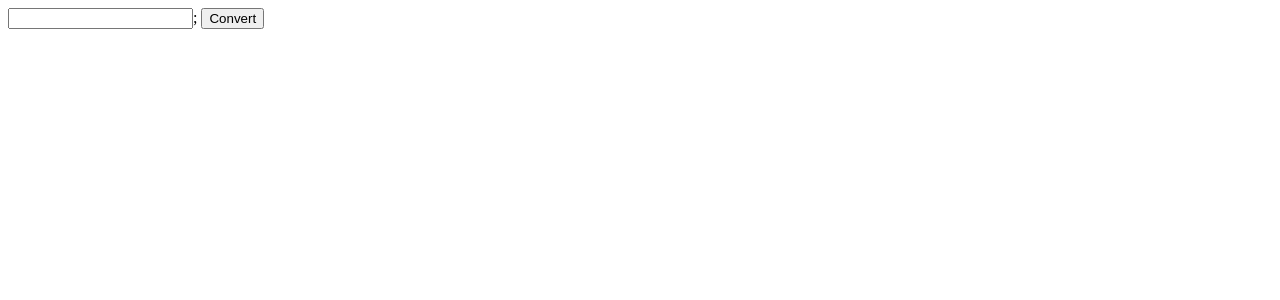
Repository: NGUYEN112/Module2
Page: http://localhost/
The author's editor kept a copy of each file at every save. The page is drawn from the files as they stood at one save, then again after the next save.
The browser window is 1280 px wide. The pictures show the whole page.
The page is run by PHP 8.4 with error messages shown; the project is at /var/www/html/.

Above is the page before, as saved 2021-01-15 14:56:47.

### bai5-docso/index.php
<!DOCTYPE html>
<html lang="en">

<head>
    <meta charset="UTF-8">
    <meta name="viewport" content="width=device-width, initial-scale=1.0">
    <title>Document</title>
</head>

<body>
    <form method="post">
        <input type="number" name="number">;
        <input type="submit" value="Convert">
    </form>
    <?php
    if ($_SERVER["REQUEST_METHOD"] == "POST") {
        $number = $_POST["number"];
        $length = strlen($number);
}
        function smallnum($number)
        {
            switch ($number) {
                case 0:
                    return "Zero";
                case 1:
                    return "One";
                case 2:
                    return "Two";
                case 3:
                    return "Three";
                case 4:
                    return "Four";
                case 5:
                    return "Five";
                case 6:
                    return "Six";
                case 7:
                    return "Seven";
                case 8:
                    return "Eight";
                case 9:
                    return "Nine";
            }
            return;
        }
        function mediumNum($number){
        if ($GLOBALS['length'] == 1) {
            echo smallnum($number);
        }elseif ($GLOBALS['length'] == 2){
             switch ($number[0]) {
                 case 1:
                    if (smallnum($number[1]) == "Zero"){
                        return "Ten";
                    }elseif (smallnum($number[1]) == "One"){
                        return "Eleven";
                    }elseif (smallnum($number[1]) == "Two"){

                    }
             }
}
}

    ?>
</body>

</html>

After the next save:
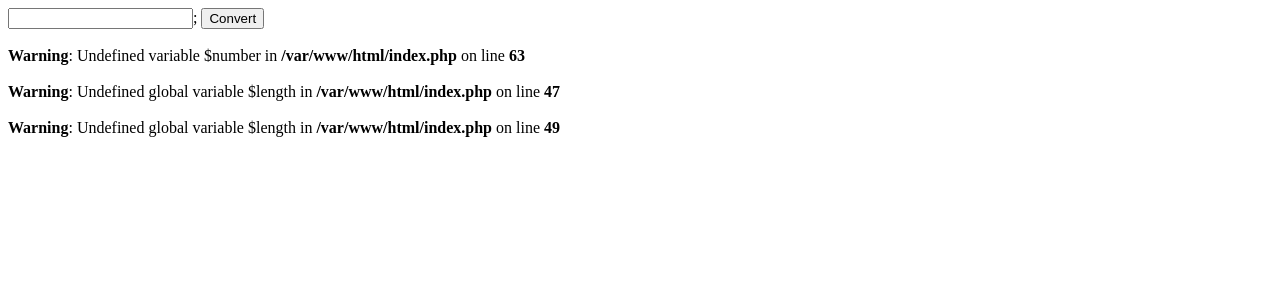
Saved 28 s later.
--- a/bai5-docso/index.php
+++ b/bai5-docso/index.php
@@ -58,8 +58,9 @@
                     }
              }
 }
+return;
 }
-
+echo mediumNum($number);
     ?>
 </body>
 
